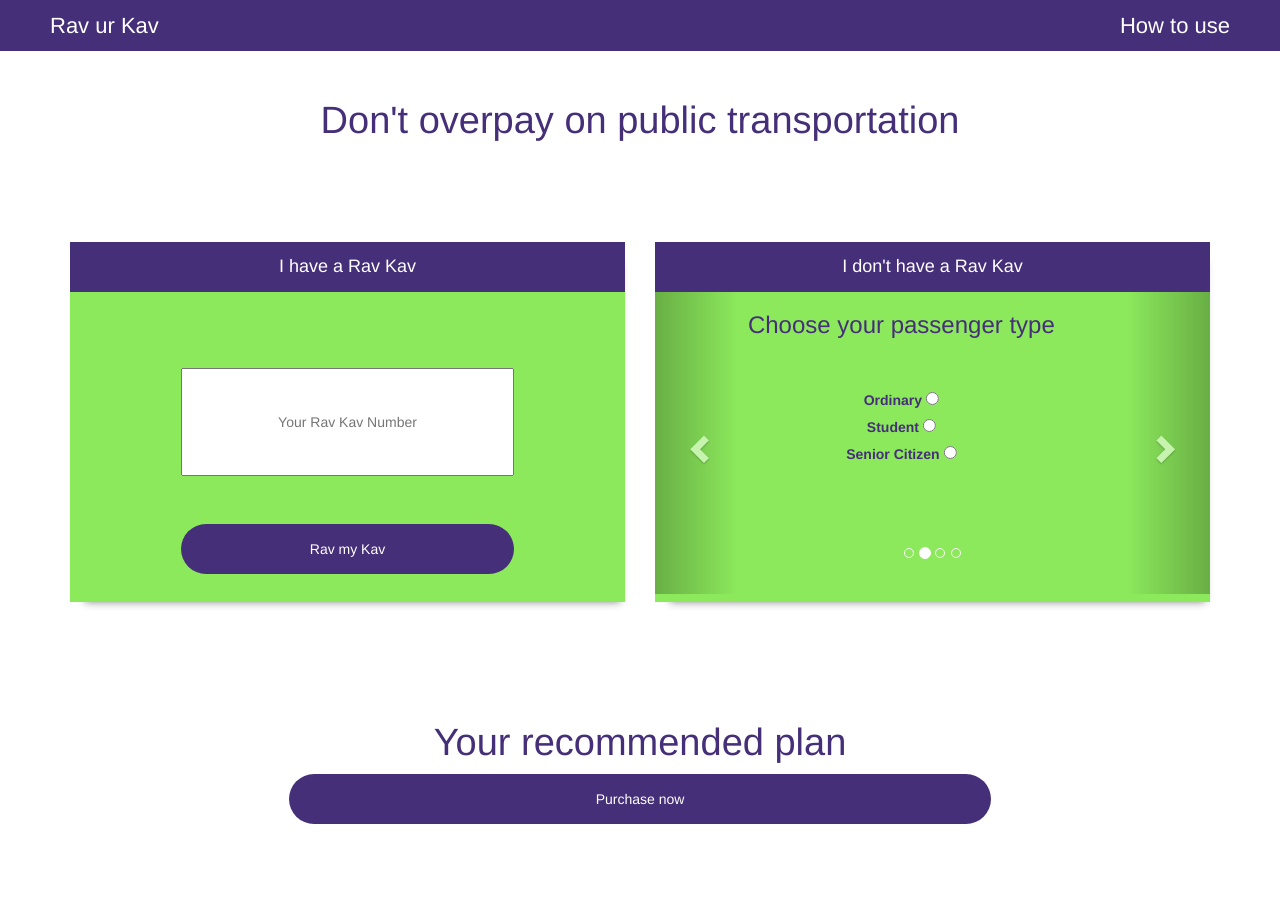
Repository: Louhla/Rav-ur-Kav
Page: index.html
These files come from the project's save history. The page is drawn as it stood at one moment and after a run of saves; the edit follows.
The browser window is 1280 px wide. The pictures show the whole page.

Above is the page before, as saved 2019-07-18 13:26:43.
Console error: SyntaxError: Unexpected token '}'

After the next 2 saves:
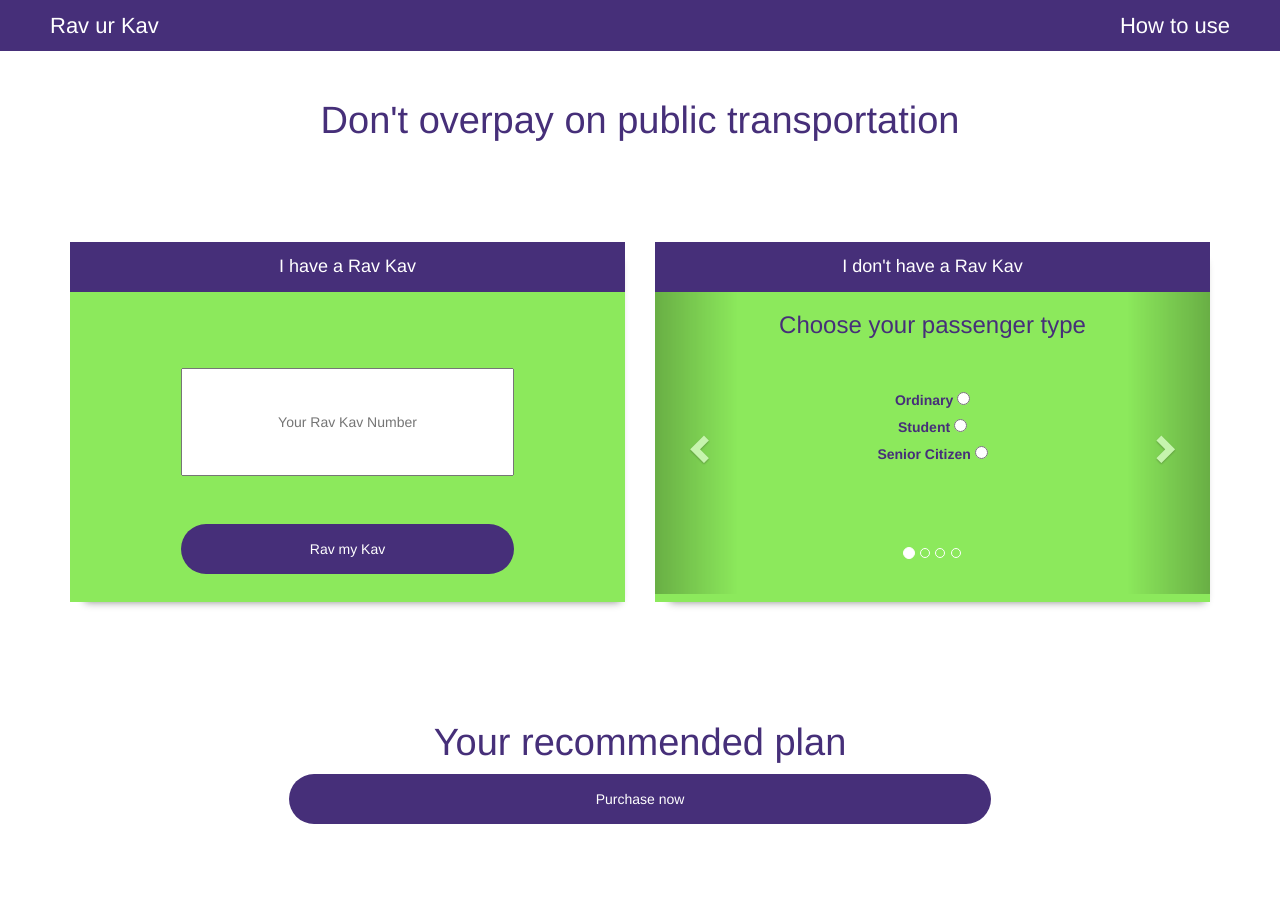
The error is gone.
The 2 saves are shown as one change because they came seconds apart.
The last was saved 28 s later.
--- a/js/rav-ur-kav.js
+++ b/js/rav-ur-kav.js
@@ -66,7 +66,6 @@ $(document).ready(() => {
     var frequency = $('#plan-calculator-form3').attr("id", "c2c");
       console.log(frequency);
   })
-});
 
 
 $('#rav-kav-number').on('input', function (event) {
